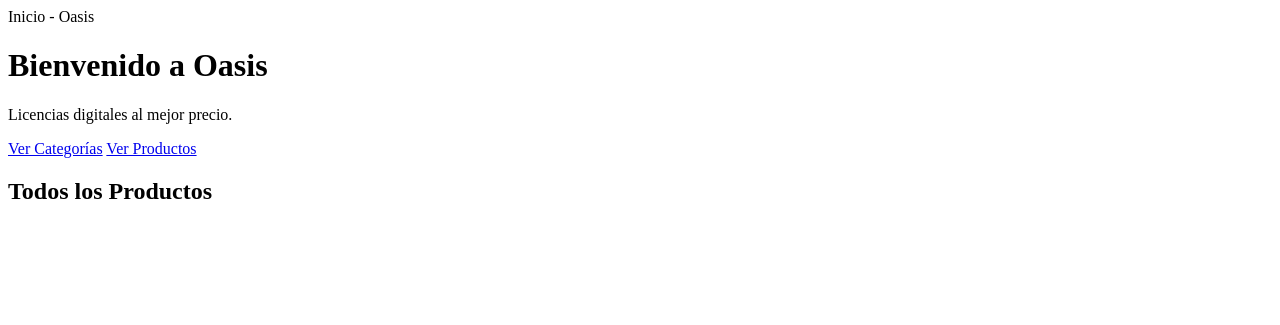
Repository: chicharo2025/oasis
Page: http://localhost/
These files come from the project's save history. The page is drawn as it stood at one moment and after the next save; the edit follows.
The browser window is 1280 px wide. The pictures show the whole page.
The page is served by the project's application, run on Django 5.2 (django_techstore/manage.py).

Above is the page before, as saved 2025-04-12 18:06:13.

After the next save:
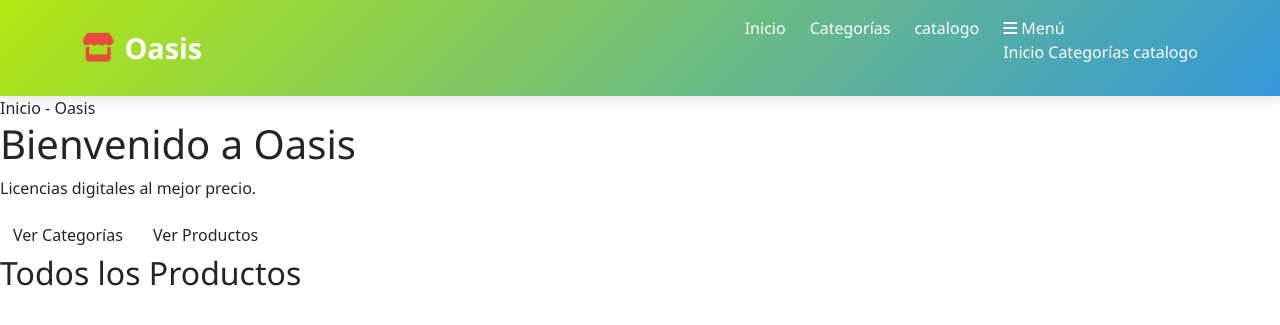
Saved 45 s later.
--- a/django_techstore/productos/templates/productos/index.html
+++ b/django_techstore/productos/templates/productos/index.html
@@ -190,7 +190,7 @@
 
 
 
-
+ {% include "productos/menu.html" %}
 {% block title %}Inicio - Oasis{% endblock %}
 
 {% block content %}
